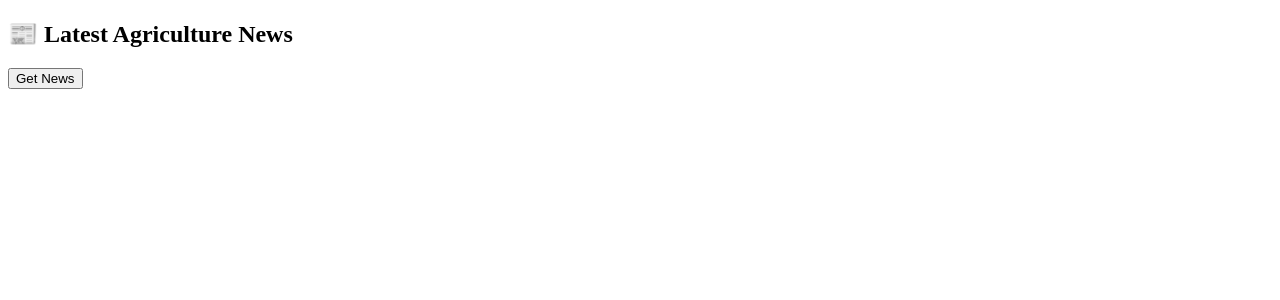
Repository: Sanika-ce/AgroNexus
Page: news.html
The author's editor kept a copy of each file at every save. The page is drawn from the files as they stood at one save, then again after the next save.
The browser window is 1280 px wide. The pictures show the whole page.

Above is the page before, as saved 2025-08-02 17:10:53.

After the next save:
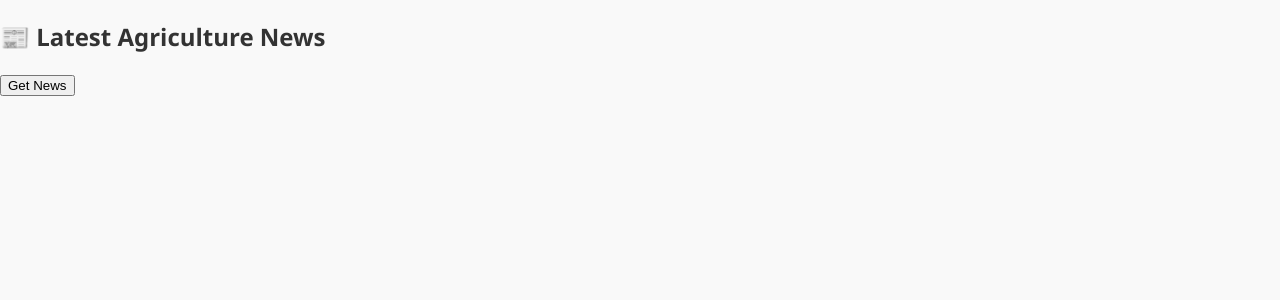
Saved 26 s later.
--- a/news.html
+++ b/news.html
@@ -3,7 +3,7 @@
 <head>
   <title>Agriculture News</title>
 </head>
-<link href="styleshett">
+ <link rel="stylesheet" href="news.css">
 <body>
   <h2>📰 Latest Agriculture News</h2>
   <button onclick="fetchNews()">Get News</button>
